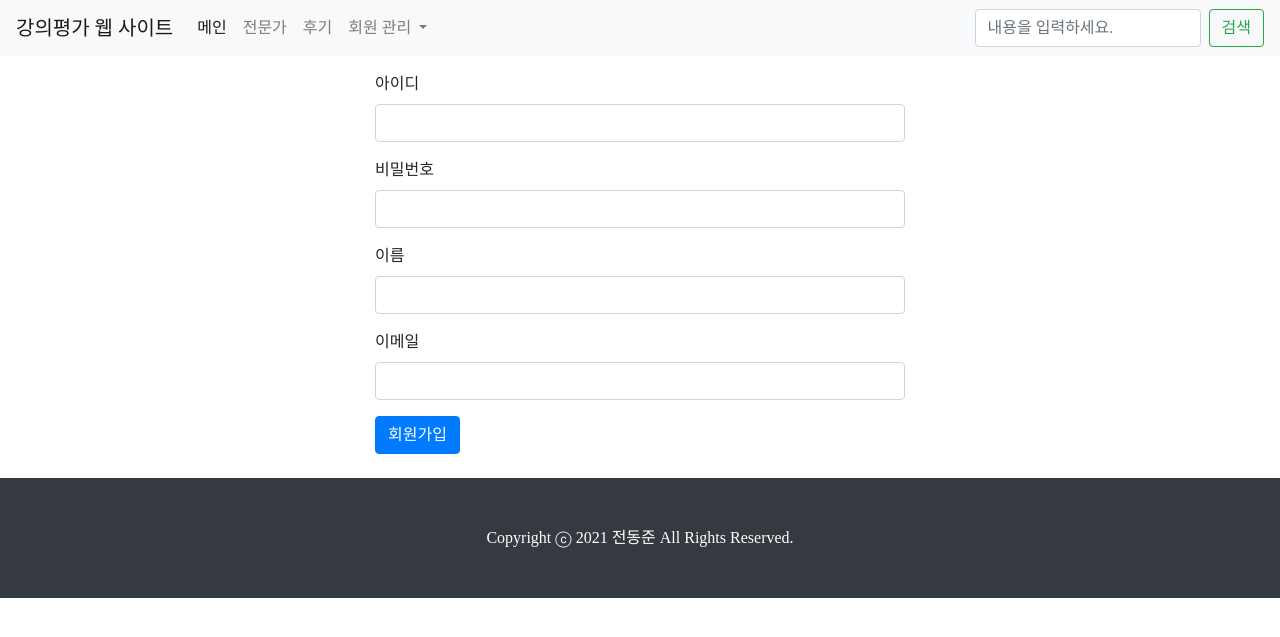
Repository: JeonDongJoon/Inha2-2
Page: http://localhost/Expert/userRegister.jsp
The author's editor kept a copy of each file at every save. The page is drawn from the files as they stood at one save, then again after the next save.
The browser window is 1280 px wide. The pictures show the whole page.
Some web fonts or font styles are not loaded; a fallback is used. The page is served by Tomcat 9. Other server files are loaded and not shown.

Above is the page before, as saved 2021-12-02 13:14:27.

### Expert/WebContent/userRegister.jsp
<%@ page language="java" contentType="text/html; charset=UTF-8" pageEncoding="UTF-8"%>

<%@ page import="java.io.PrintWriter"%>

<!doctype html>

<html>

  <head>

    <title>강의평가 웹 사이트</title>

    <meta charset="utf-8">

    <meta name="viewport" content="width=device-width, initial-scale=1, shrink-to-fit=no">

    <!-- 부트스트랩 CSS 추가하기 -->

    <link rel="stylesheet" href="./css/bootstrap.min.css">

    <!-- 커스텀 CSS 추가하기 -->

    <link rel="stylesheet" href="./css/custom.css">

  </head>

  <body>

<%

	String userID = null;

	if(session.getAttribute("userID") != null) {

		userID = (String) session.getAttribute("userID");

	}

	if(userID != null) {

		PrintWriter script = response.getWriter();

		script.println("<script>");

		script.println("alert('로그인이 된 상태입니다.');");

		script.println("location.href = 'index.jsp'");

		script.println("</script>");

		script.close();

	}

%>

    <nav class="navbar navbar-expand-lg navbar-light bg-light">

      <a class="navbar-brand" href="index.jsp">강의평가 웹 사이트</a>

      <button class="navbar-toggler" type="button" data-toggle="collapse" data-target="#navbar">

        <span class="navbar-toggler-icon"></span>

      </button>

      <div class="collapse navbar-collapse" id="navbar">

        <ul class="navbar-nav mr-auto">

          <li class="nav-item active">

            <a class="nav-link" href="index.jsp">메인</a>

          </li>
          <li class="nav-item">
            <a class="nav-link" href="profile.jsp">전문가</a>
          </li>
           <li class="nav-item">

            <a class="nav-link" href="review.jsp">후기</a>
          </li>

          <li class="nav-item dropdown">

            <a class="nav-link dropdown-toggle" id="dropdown" data-toggle="dropdown">

              회원 관리

            </a>

            <div class="dropdown-menu" aria-labelledby="dropdown">

<%

	if(userID == null) {

%>

              <a class="dropdown-item" href="userLogin.jsp">로그인</a>

              <a class="dropdown-item" href="userRegister.jsp">회원가입</a>

<%

	} else {

%>

              <a class="dropdown-item" href="userLogout.jsp">로그아웃</a>

<%

	}

%>

            </div>

          </li>

        </ul>

        <form action="./index.jsp" method="get" class="form-inline my-2 my-lg-0">

          <input type="text" name="search" class="form-control mr-sm-2" placeholder="내용을 입력하세요.">

          <button class="btn btn-outline-success my-2 my-sm-0" type="submit">검색</button>

        </form>

      </div>

    </nav>

    <div class="container mt-3" style="max-width: 560px;">

      <form method="post" action="./userRegisterAction.jsp">

        <div class="form-group">

          <label>아이디</label>

          <input type="text" name="userID" class="form-control">

        </div>

        <div class="form-group">

          <label>비밀번호</label>

          <input type="password" name="userPassword" class="form-control">

        </div>

        <div class="form-group">

          <label>이름</label>

          <input type="text" name="userName" class="form-control">

        </div>

        <div class="form-group">

          <label>이메일</label>

          <input type="email" name="userEmail" class="form-control">

        </div>

        <button type="submit" class="btn btn-primary">회원가입</button>

      </form>

    </div>

    <footer class="bg-dark mt-4 p-5 text-center" style="color: #FFFFFF;">

      Copyright ⓒ 2021 전동준 All Rights Reserved.

    </footer>

    <!-- 제이쿼리 자바스크립트 추가하기 -->

    <script src="./js/jquery.min.js"></script>

    <!-- Popper 자바스크립트 추가하기 -->

    <script src="./js/popper.min.js"></script>

    <!-- 부트스트랩 자바스크립트 추가하기 -->

    <script src="./js/bootstrap.min.js"></script>

  </body>

</html>

### Expert/WebContent/css/custom.css
@import url(https://fonts.googleapis.com/earlyaccess/jejugothic.css);
@import url(https://fonts.googleapis.com/earlyaccess/hanna.css);
.navar-brand, h1, h2, h3, h4{
	font-family: 'jeju Gothic';
}

h5 {

	font-family: 'jeju Gothic';
	font-size: 18px;

}
body {

	font-family: 'hanna';

}

Loaded but not shown: Expert/WebContent/css/bootstrap.min.css (library); Expert/WebContent/js/jquery.min.js (library); Expert/WebContent/js/bootstrap.min.js (library)

After the next save:
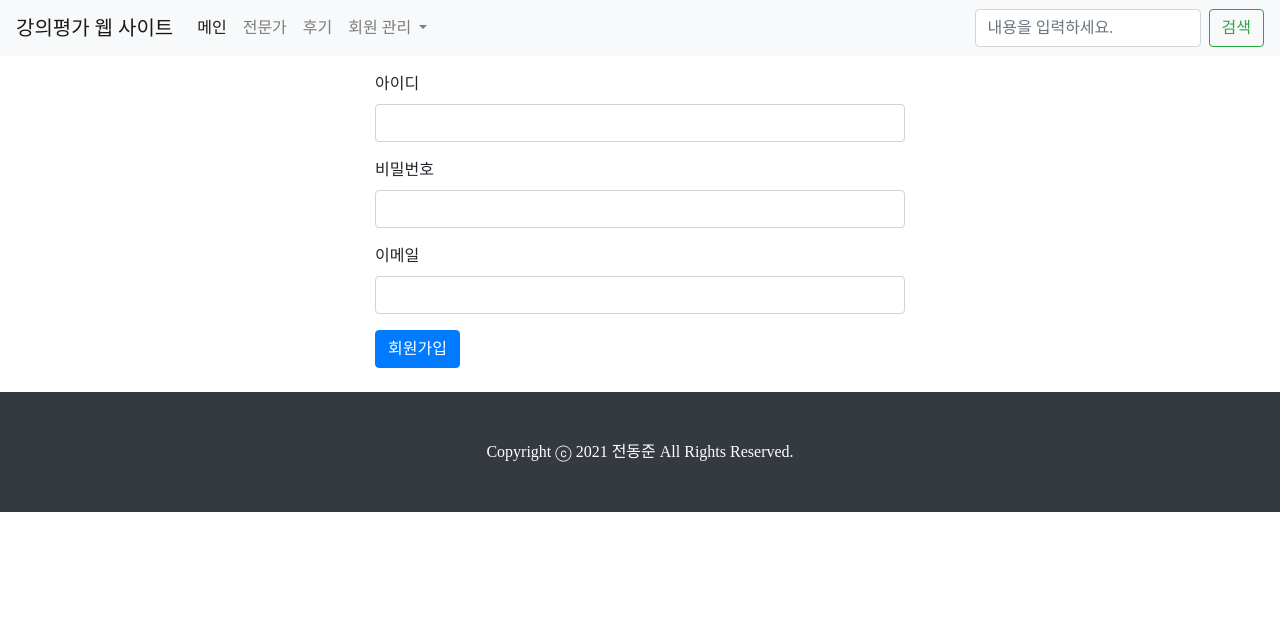
Saved 62 s later.
--- a/Expert/WebContent/userRegister.jsp
+++ b/Expert/WebContent/userRegister.jsp
@@ -153,13 +153,6 @@
 
         </div>
 
-        <div class="form-group">
-
-          <label>이름</label>
-
-          <input type="text" name="userName" class="form-control">
-
-        </div>
 
         <div class="form-group">
 
